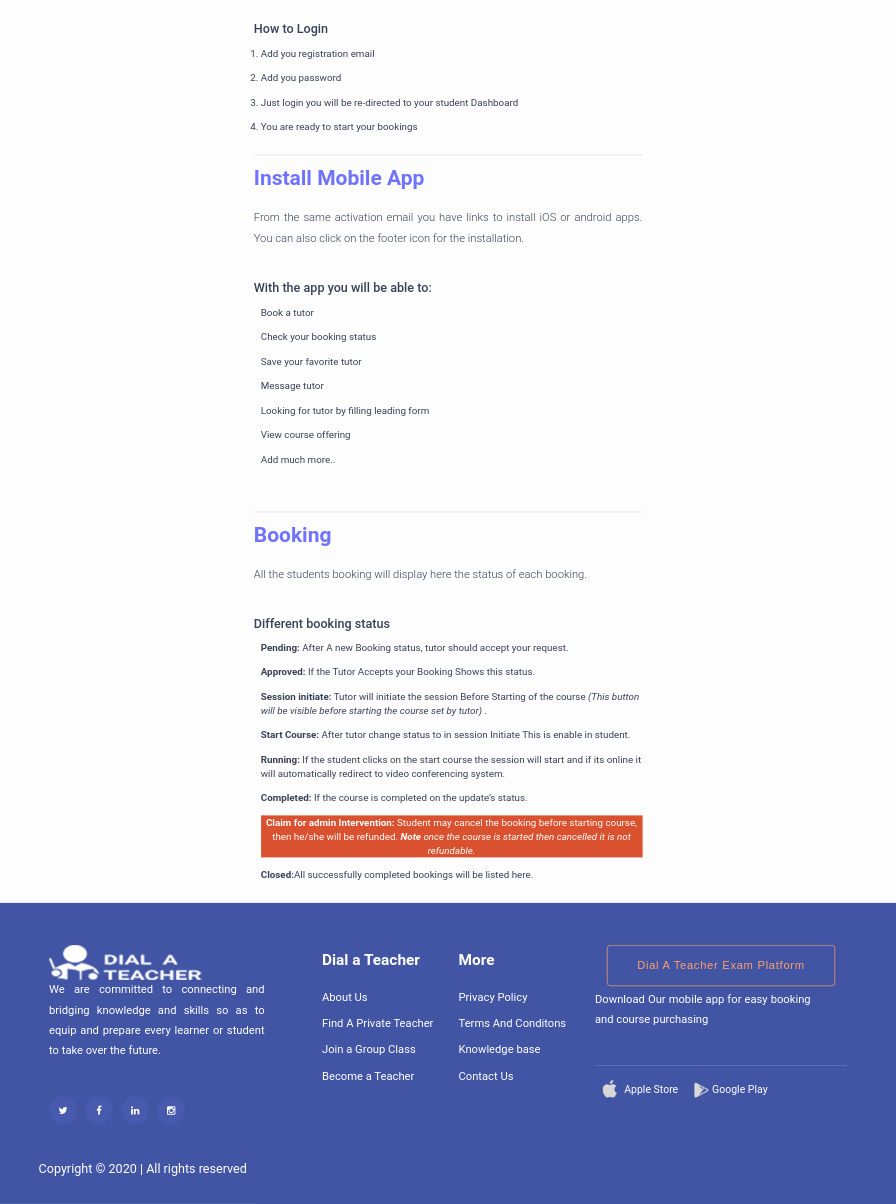
Repository: Samkiroko/DAT_knowledge
Page: details_st_db.html
These files come from the project's save history. The page is drawn as it stood at one moment and after the next save; the edit follows.
The browser window is 1280 px wide. The pictures show the part of the page from y = 777 to 2697 px (the page is 2497 px tall before and 2697 px after), at 70% of full size.

Above is the page before, as saved 2020-12-15 09:34:43.
Console error: TypeError: e.indexOf is not a function

After the next save:
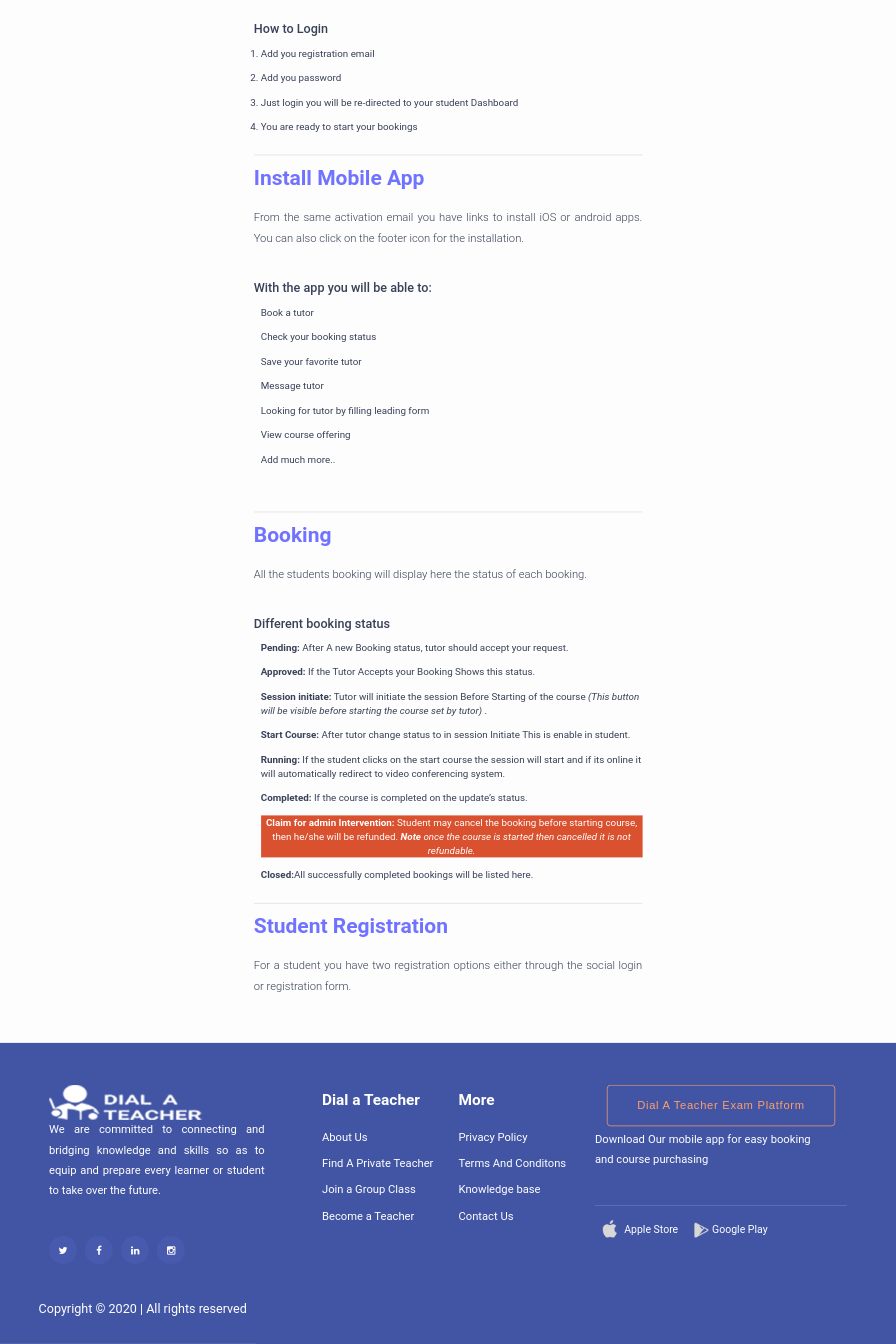
Saved 74 s later.
--- a/details_st_db.html
+++ b/details_st_db.html
@@ -219,6 +219,12 @@
                     <li> <b>Closed:</b>All successfully completed bookings will be listed here.</li>
                   </ul>
                 </div>
+                <div class="mwb-article-section__content-wrap">
+                  <h2>Student Registration</h2>
+                  <p>For a student you have two registration options either through the social login
+                    or registration
+                    form.</p>
+                </div>
               </div>
 
             </div>
